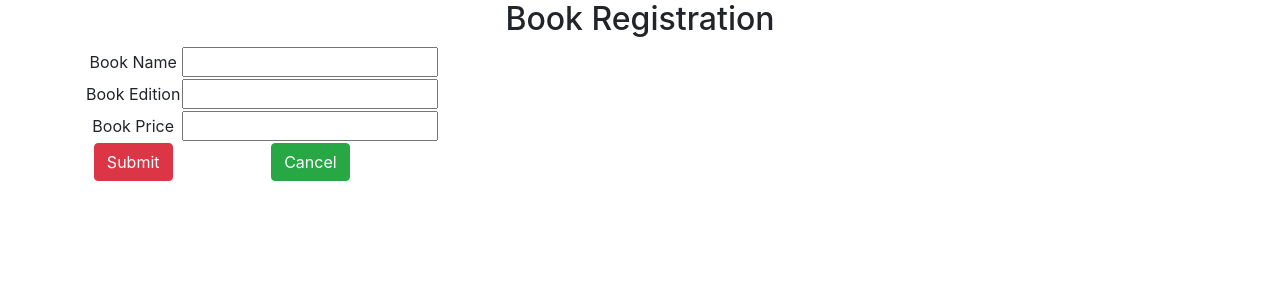
Repository: meriam0000/servlet
Page: BookWebApp/src/main/webapp/Home.html
The author's editor kept a copy of each file at every save. The page is drawn from the files as they stood at one save, then again after the next save.
The browser window is 1280 px wide. The pictures show the whole page.

Above is the page before, as saved 2024-02-12 20:31:41.

After the next save:
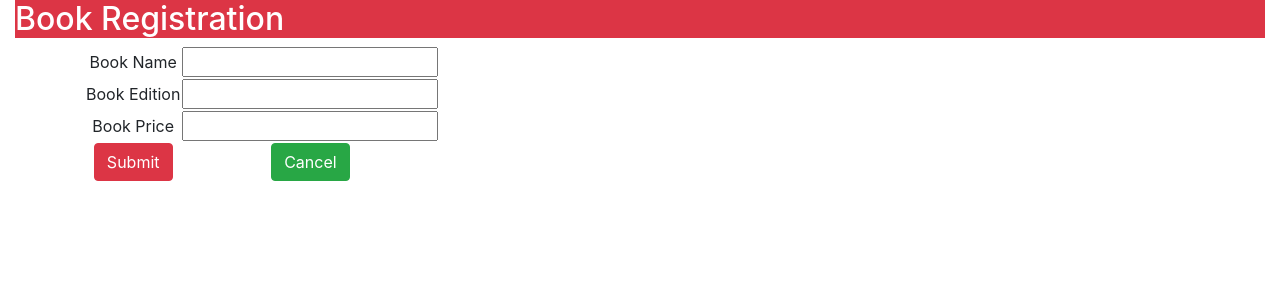
Saved 50 s later.
--- a/BookWebApp/src/main/webapp/Home.html
+++ b/BookWebApp/src/main/webapp/Home.html
@@ -6,7 +6,7 @@
 <link rel="stylesheet"  href="css/bootstrap.css ">
 </head>
 <body class="container-fluid">
-<h2 class="text-center">Book Registration </h2>
+<h2 class="bg-danger text-white">Book Registration </h2>
 <form action="register" method="post" class="container text-center">
 <table>
 <tr>
